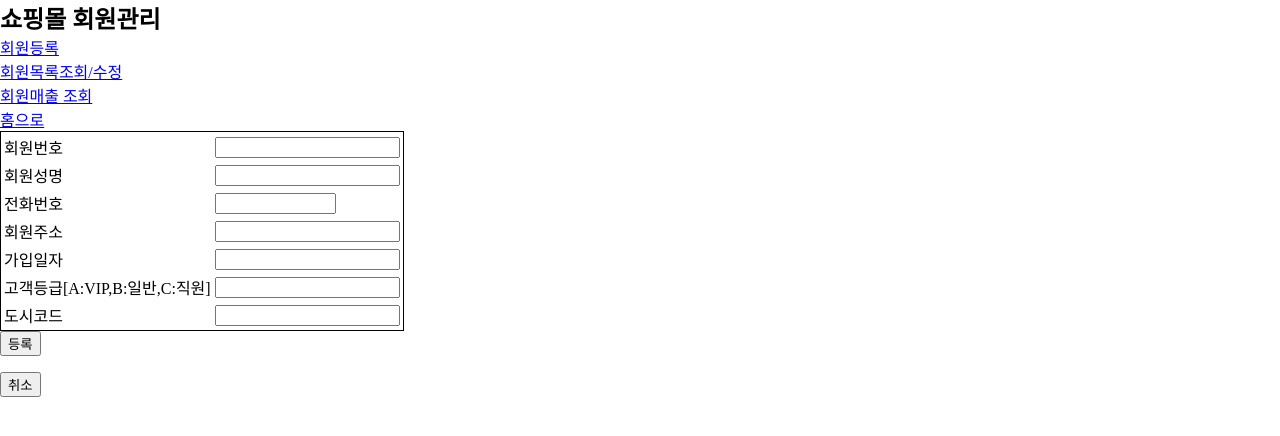
Repository: Tor1a/SpringSet
Page: http://localhost/practice/WEB-INF/views/member/join.jsp
The author's editor kept a copy of each file at every save. The page is drawn from the files as they stood at one save, then again after the next save.
The browser window is 1280 px wide. The pictures show the whole page.
The page is served by Tomcat 9. Nobody is signed in. The template is opened directly, without the code that normally fills it, so the values that code supplies are empty.

Above is the page before, as saved 2022-04-11 02:55:44.
Not found: practice/practice/WEB-INF/views/js/main.js

After the next save:
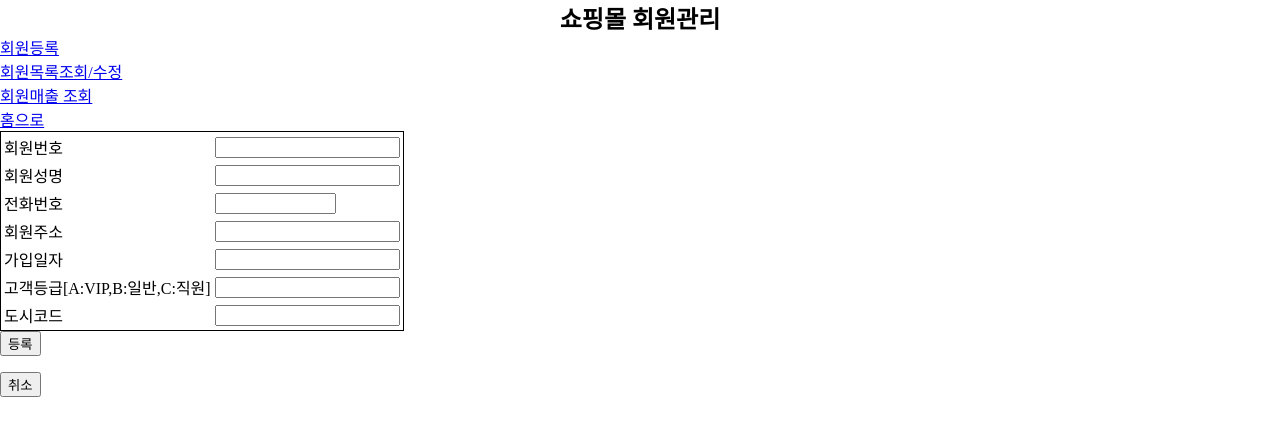
Saved 14 s later.
--- a/practice/src/main/webapp/resources/css/header.css
+++ b/practice/src/main/webapp/resources/css/header.css
@@ -7,5 +7,8 @@ a:hover{text-decoration: none;}
 
 body{height: 100%;}
 
+.title {text-align: center;}
+
 .sub{dispaly:flex; justify-content: space-around; flex-direction: row; flex-wrap: nowrap;}
+
 .mainMenu {display: flex; justify-content: space-between; flex-direction: row; flex-wrap: nowrap;}
